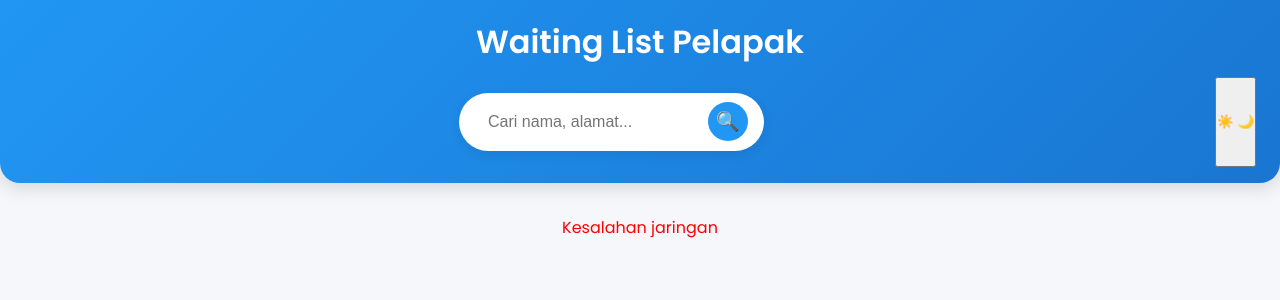
Repository: pasarrakyatbak/WaitingListforPanitia
Page: index.html
An editor plug-in stored every save of this project. The page is shown before and after the next save, followed by the edit.
The browser window is 1280 px wide. The pictures show the whole page.
The page's requests for data from a server got no answer.

Above is the page before, as saved 2025-09-25 16:35:58.

After the next save:
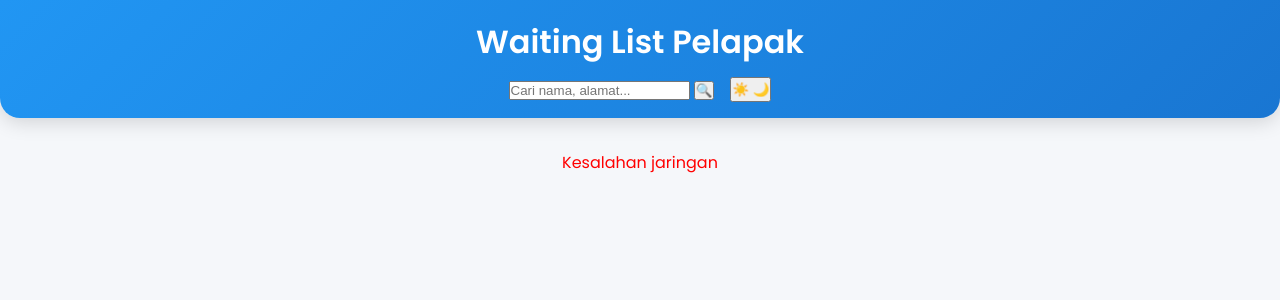
Saved 31 s later.
--- a/style.css
+++ b/style.css
@@ -57,96 +57,7 @@ body.dark .app-bar {
 }
 
 /* 🔍 Search Container */
-.search-container {
-    display: flex;
-    align-items: center;
-    background: #fff;
-    border-radius: 40px;
-    padding: 0.6rem 1rem;
-    box-shadow: 0 4px 12px rgba(0, 0, 0, 0.08);
-    transition: all 0.3s ease;
-    max-width: 500px;
-    margin: 1rem auto;
-}
-
-.search-container:focus-within {
-    box-shadow: 0 6px 16px rgba(33, 150, 243, 0.4);
-    transform: translateY(-2px);
-}
-
-.search-container input {
-    flex: 1;
-    border: none;
-    outline: none;
-    padding: 0.6rem 0.8rem;
-    font-size: 1rem;
-    background: transparent;
-    color: inherit;
-}
-
-.search-container button {
-    background: #2196f3;
-    border: none;
-    color: #fff;
-    font-size: 1.2rem;
-    padding: 0.5rem;
-    border-radius: 50%;
-    cursor: pointer;
-    transition: background 0.3s, transform 0.2s;
-}
-
-.search-container button:hover {
-    background: #1976d2;
-    transform: scale(1.1);
-}
-
-/* 🌙 Dark Mode Search */
-body.dark .search-container {
-    background: #1f1f1f;
-    box-shadow: 0 4px 12px rgba(255, 255, 255, 0.05);
-}
-
-body.dark .search-container input {
-    color: #e0e0e0;
-}
-
-body.dark .search-container button {
-    background: #90caf9;
-    color: #121212;
-}
-
-body.dark .search-container button:hover {
-    background: #64b5f6;
-}
-
-/* 🌙 Dark Mode Toggle Button */
-.dark-toggle {
-    display: flex;
-    align-items: center;
-    justify-content: center;
-    gap: 0.4rem;
-    padding: 0.6rem 1rem;
-    margin: 0.6rem auto;
-    border: none;
-    border-radius: 30px;
-    background: linear-gradient(135deg, #eeeeee, #e0e0e0);
-    color: #333;
-    font-weight: 500;
-    cursor: pointer;
-    box-shadow: 0 3px 8px rgba(0, 0, 0, 0.15);
-    transition: all 0.3s ease;
-}
-
-.dark-toggle:hover {
-    background: linear-gradient(135deg, #e0e0e0, #d5d5d5);
-    transform: translateY(-2px);
-}
-
-body.dark .dark-toggle {
-    background: linear-gradient(135deg, #2c2c2c, #1e1e1e);
-    color: #e0e0e0;
-    box-shadow: 0 3px 8px rgba(255, 255, 255, 0.05);
-}
+
 
 /* Loader */
 .loader {
